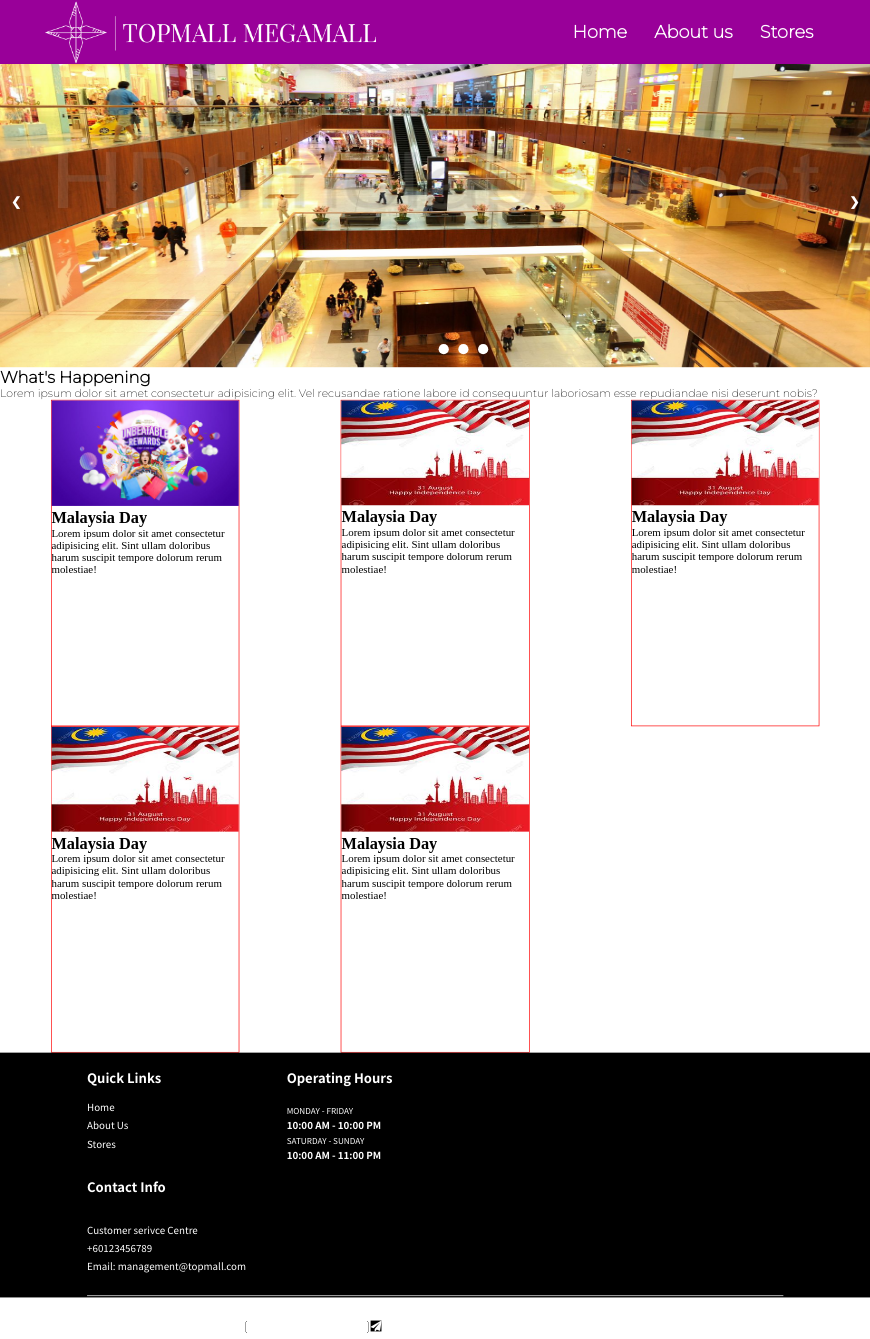
Repository: Jack0Bong/Web-Dev-Assignment
Page: index.html
These files come from the project's save history. The page is drawn as it stood at one moment and after the next save; the edit follows.
The browser window is 1280 px wide. The pictures show the whole page, at 68% of full size.

Above is the page before, as saved 2021-09-02 01:47:52.

After the next save:
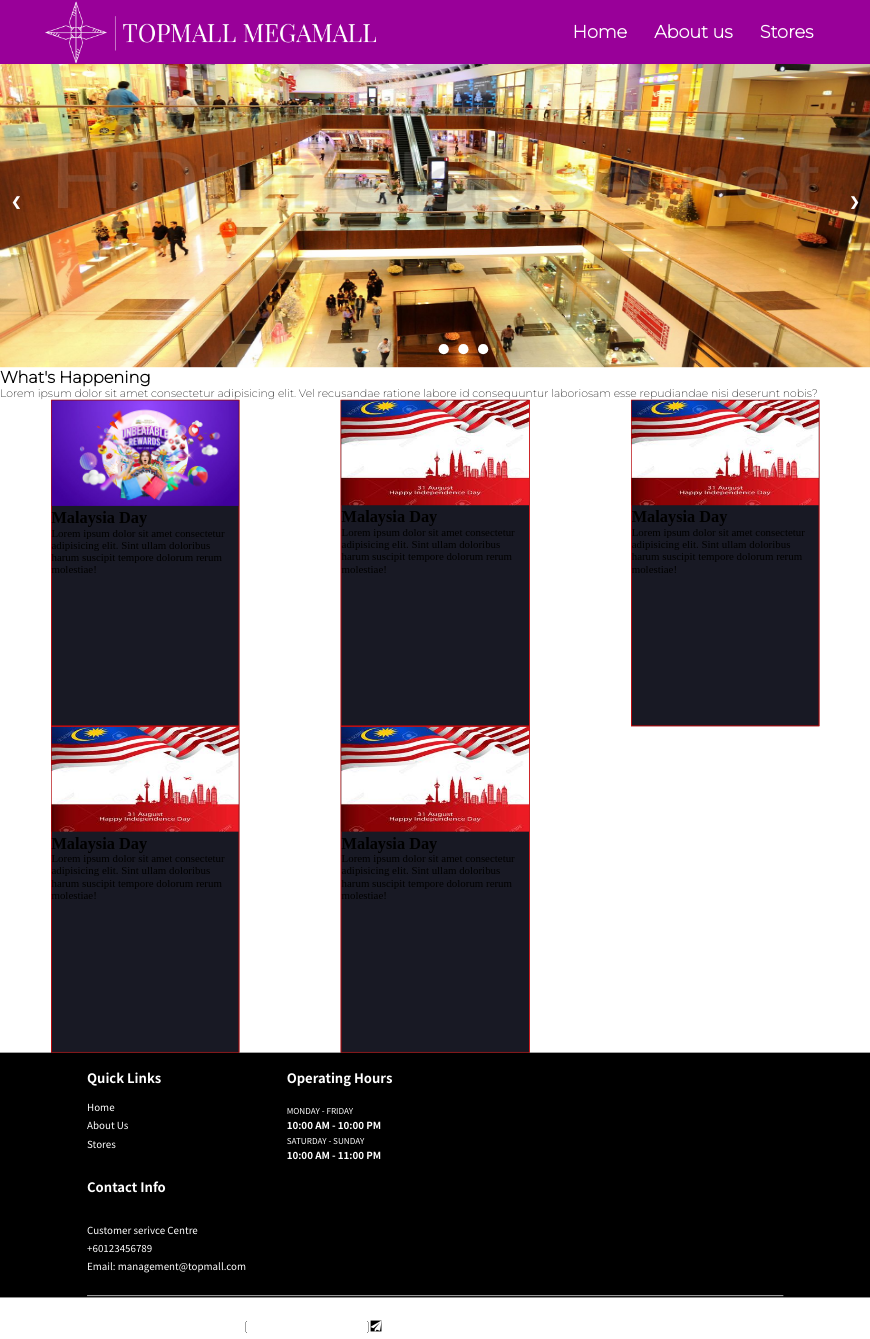
Saved 32 s later.
--- a/css/index.css
+++ b/css/index.css
@@ -98,6 +98,7 @@ to {opacity: 1}
     width: 65%;
     min-height: 480px;
     border: 1px solid red;
+    background-color: #181924;
 }
 
 .card img{
